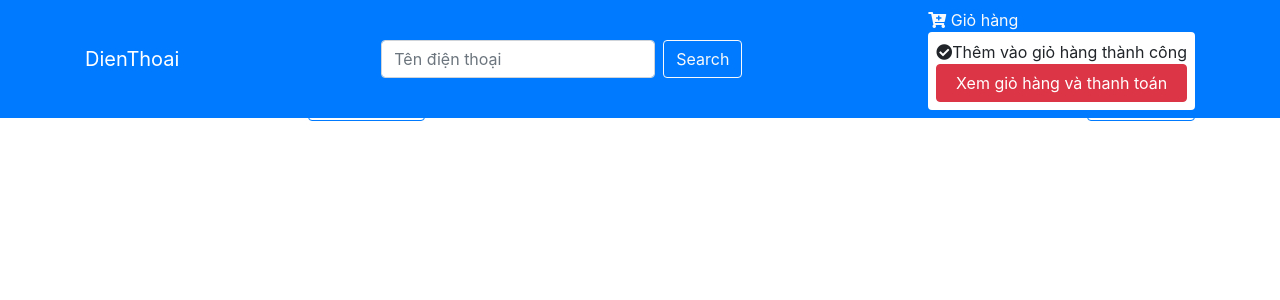
Repository: dovanthao2404/BC14_Bai_Tap_Ban_Dien_Thoai_dovanthao
Page: app/views/index.html
The author's editor kept a copy of each file at every save. The page is drawn from the files as they stood at one save, then again after the next save.
The browser window is 1280 px wide. The pictures show the whole page.
Some web libraries are served in a nearby version. The style sheet was rebuilt from its Sass, Less or Tailwind sources for each picture, by a compiler version that may differ from the author's.

Above is the page before, as saved 2021-08-14 16:04:08.
Console error (its wording comes from the project's code and is left out).

After the next save:
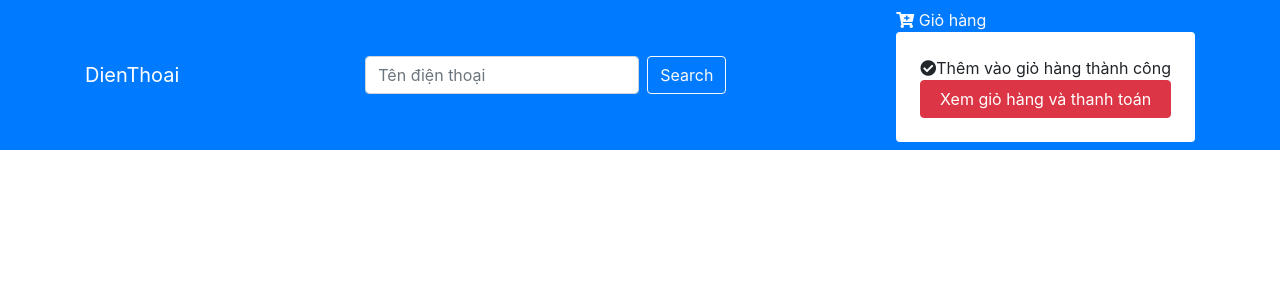
Saved 39 s later.
--- a/app/views/index.html
+++ b/app/views/index.html
@@ -48,7 +48,7 @@
           <a href="cart.html" class="text-light">
             <i class="fa fa-cart-plus"></i> Giỏ hàng
           </a>
-          <div class="notifiSuccess p-2 bg-white rounded">
+          <div class="notifiSuccess p-4 bg-white rounded">
             <div class="d-flex align-items-center">
               <i class="fa fa-check-circle"></i>
               <p class="m-0">Thêm vào giỏ hàng thành công</p>
